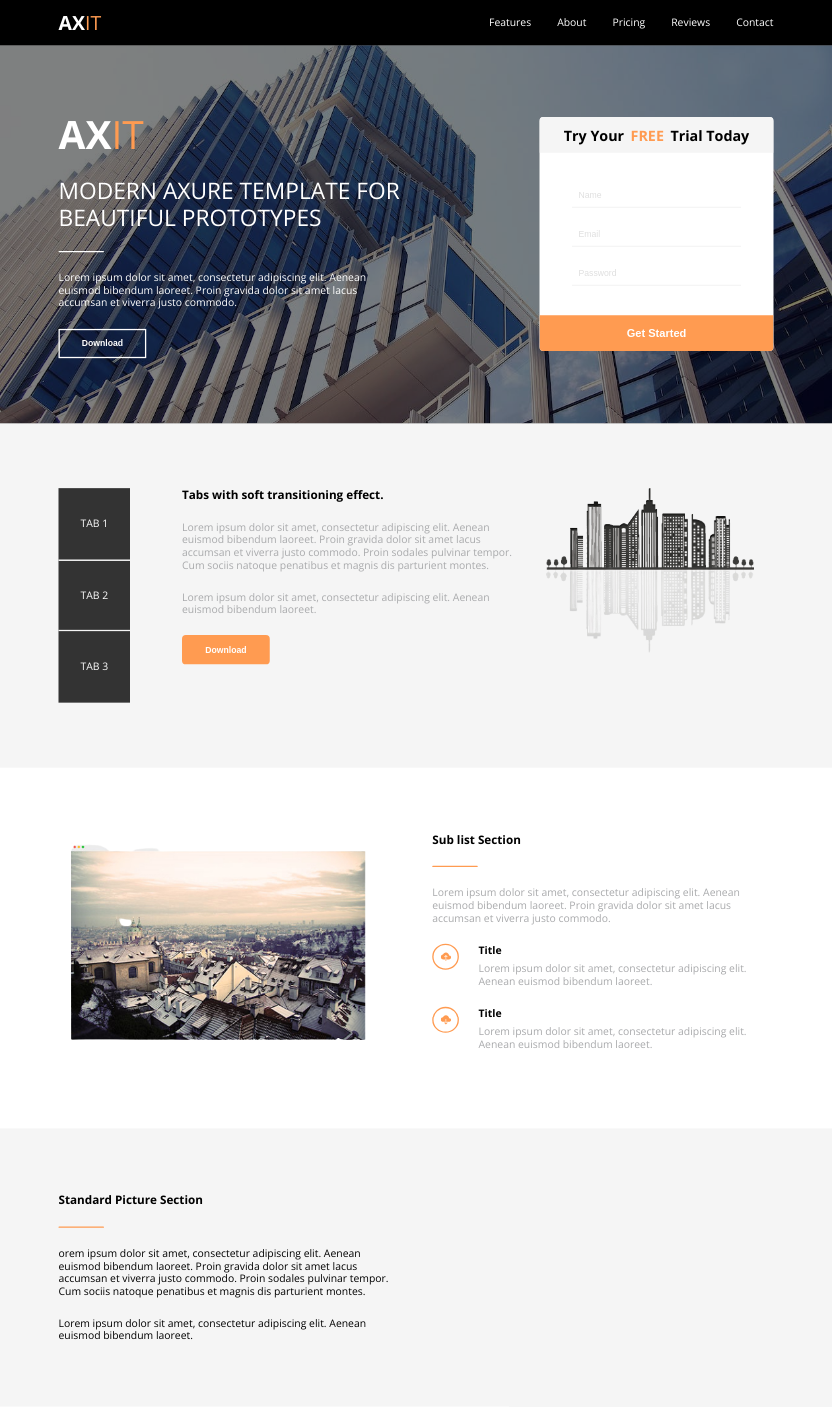
Repository: dinhtri123/axureThems
Page: index.html
The author's editor kept a copy of each file at every save. The page is drawn from the files as they stood at one save, then again after the next save.
The browser window is 1280 px wide. The pictures show the whole page, at 65% of full size.

Above is the page before, as saved 2023-02-11 16:19:26.

After the next save:
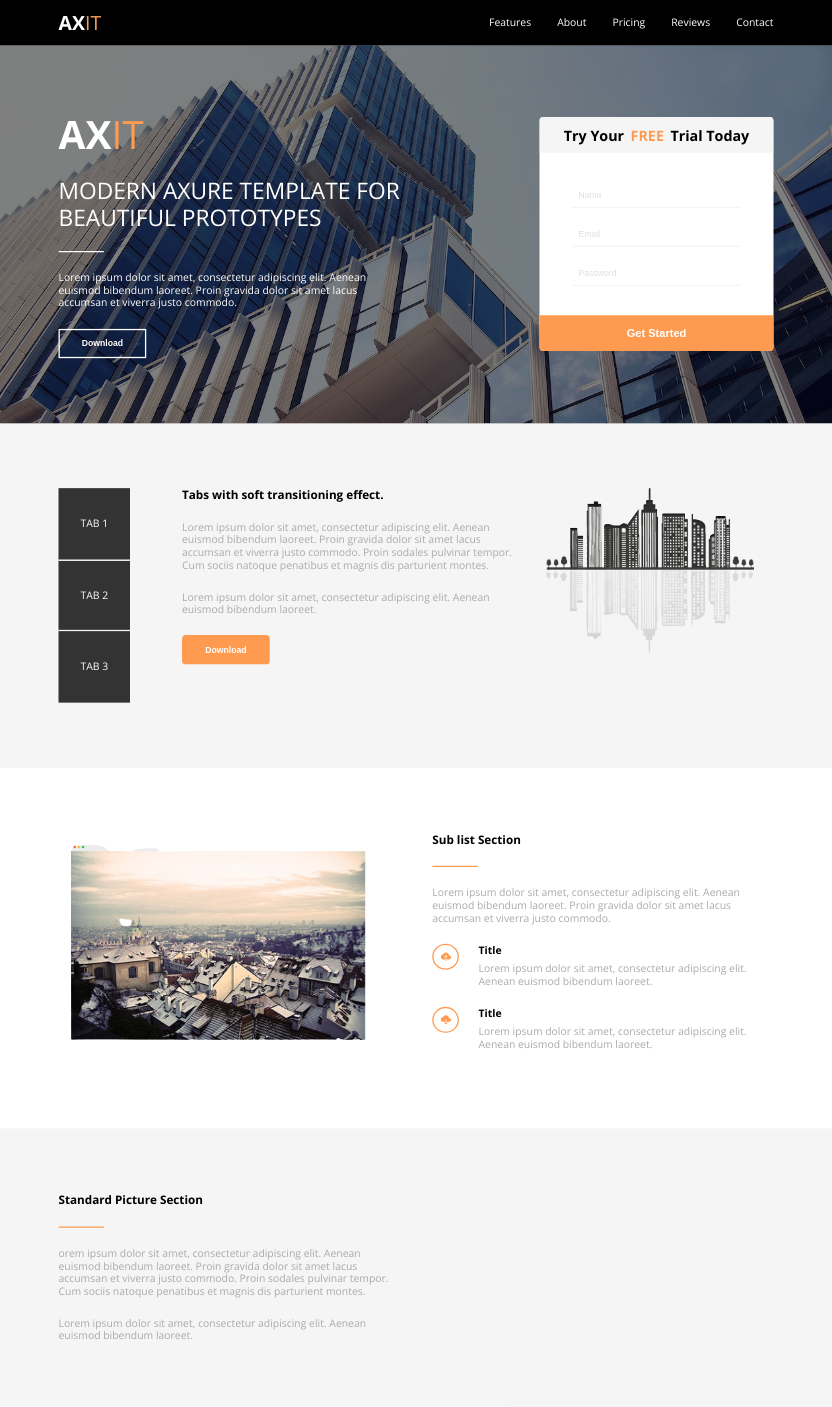
Saved 4 s later.
--- a/style.css
+++ b/style.css
@@ -320,6 +320,6 @@ h3 {
 .sectionLine {
   background-color: var(--bg-orange);
 }
-.sectionLeft p{
-    color:
-}
+.sectionLeft p {
+  color: var(--bg-text);
+}
